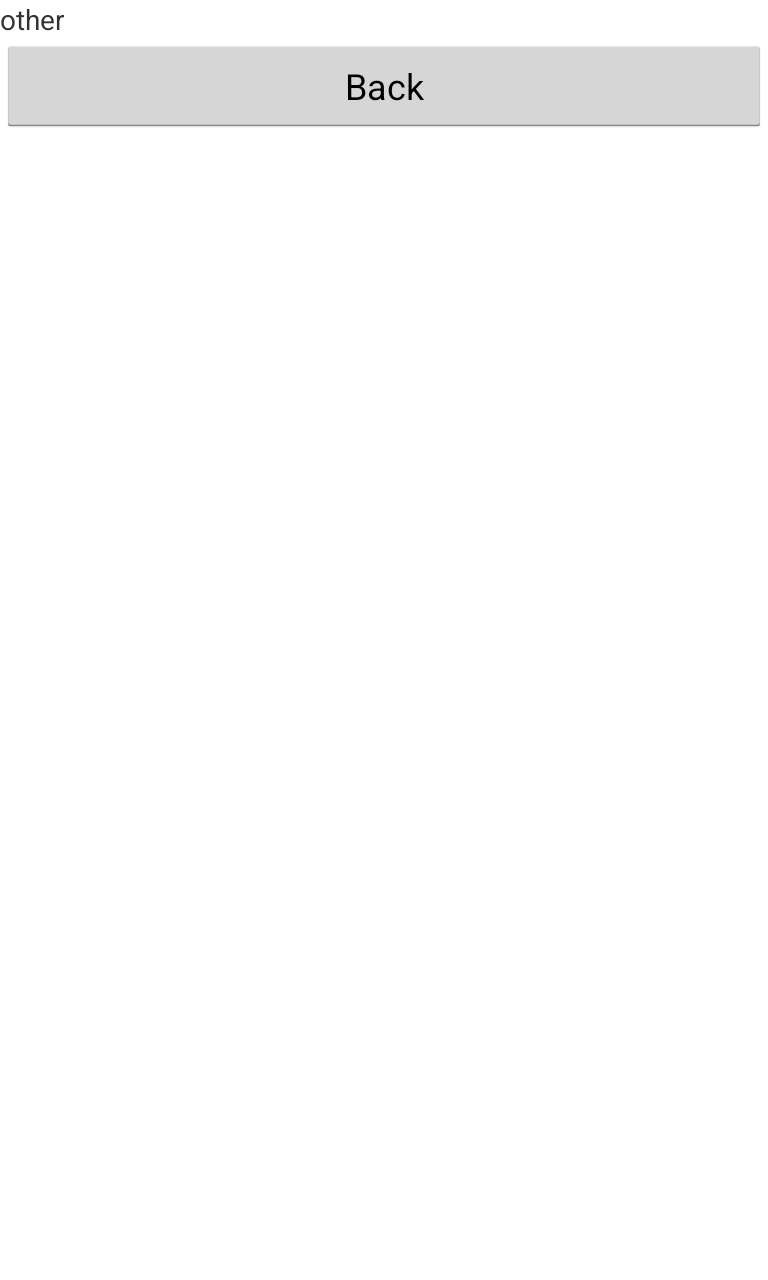
Repository: founderzhl/MarsAndroid
Layout: S02_E02_LifeCycle/res/layout/other.xml
The author's editor kept a copy of each file at every save. The layout is drawn from the files as they stood at one save, then again after the next save.
It is drawn on a 768 x 1280 px phone screen (xhdpi) without system bars, with theme AppTheme; the app's code is not run.

Above is the layout before, as saved 2015-01-27 14:01:40.

After the next save:
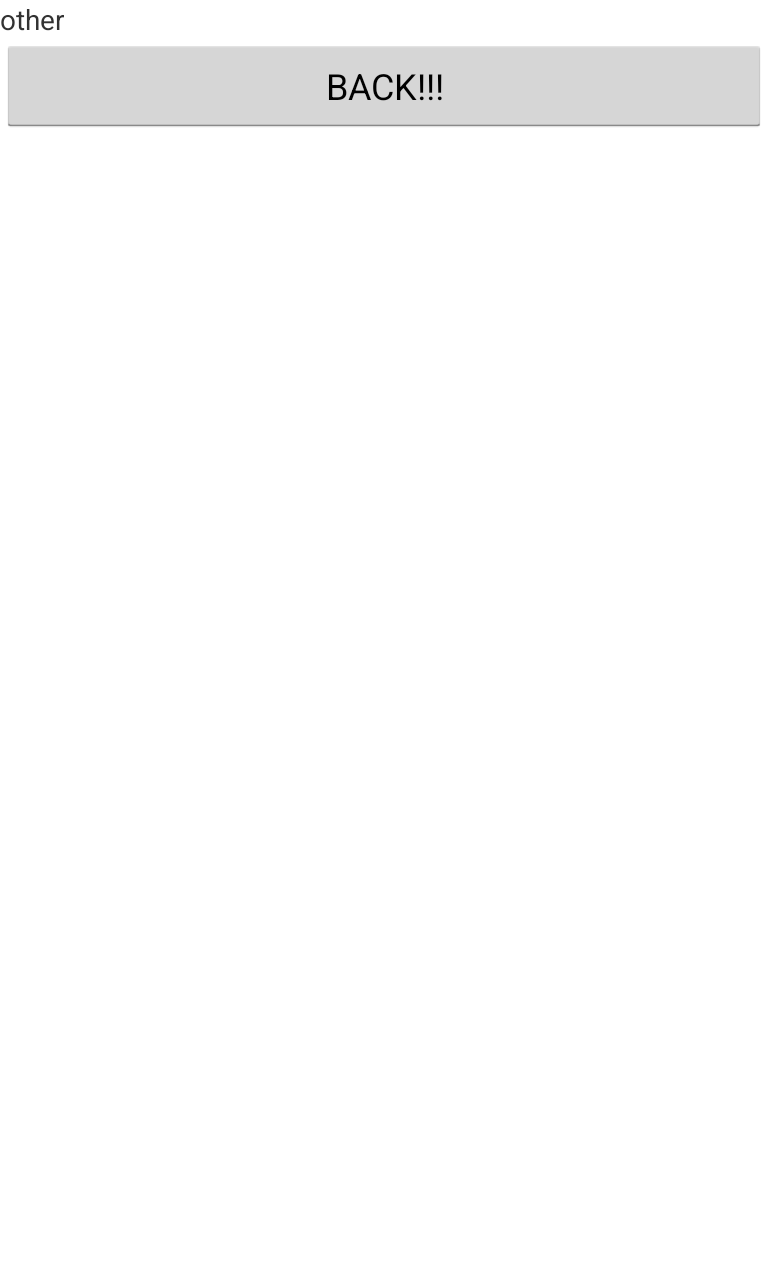
Saved 7 s later.
--- a/S02_E02_LifeCycle/res/layout/other.xml
+++ b/S02_E02_LifeCycle/res/layout/other.xml
@@ -14,6 +14,6 @@
         android:id="@+id/button2"
         android:layout_width="match_parent"
         android:layout_height="wrap_content"
-        android:text="Back" />
+        android:text="BACK!!!" />
 
 </LinearLayout>
